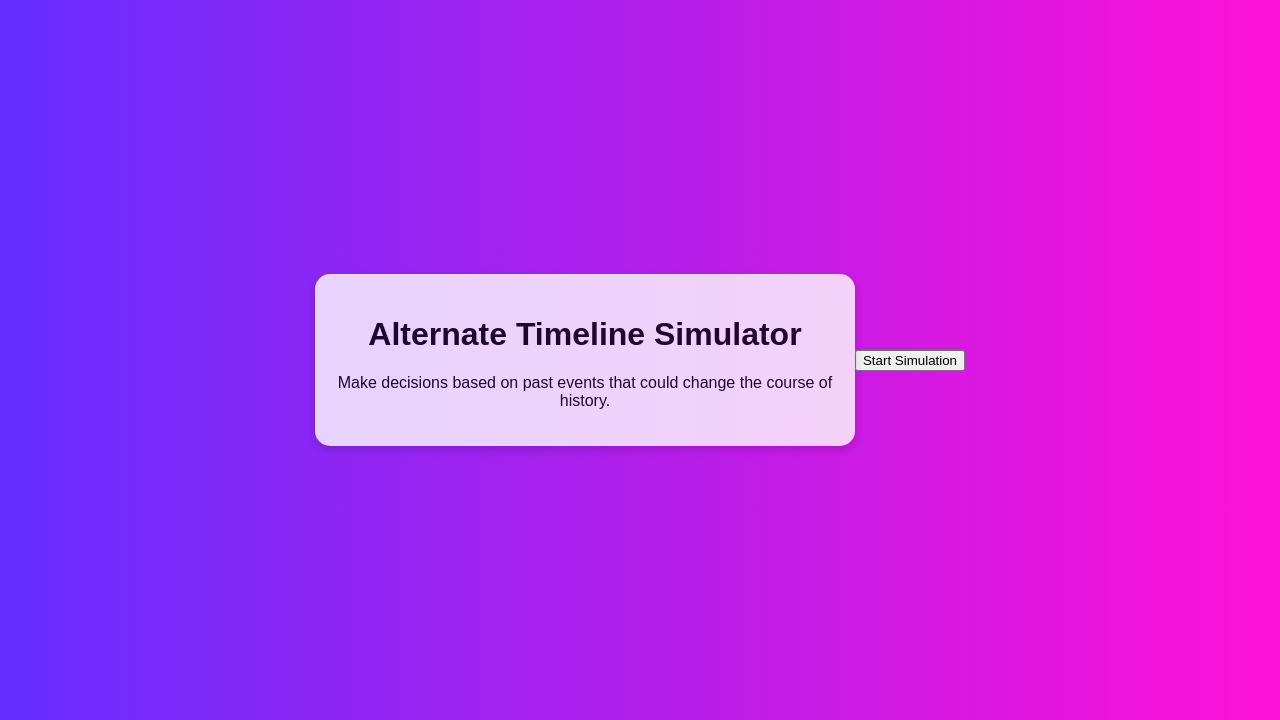
Repository: JovKun/DecisionCraft
Page: service/index.html
An editor plug-in stored every save of this project. The page is shown before and after a run of saves, followed by the edit.
The browser window is 1280 px wide. The pictures show the whole page.

Above is the page before, as saved 2026-01-31 12:50:50.
Not found: service/script.js

### service/index.html
<!DOCTYPE html>
<html lang="en">
<head>
    <meta charset="UTF-8">
    <meta name="viewport" content="width=device-width, initial-scale=1.0">
    <title>Alternate Timeline</title>
    <link rel="stylesheet" href="style.css">
</head>
<body>
    <div id="timeline-container" class="container">
        <h1>Alternate Timeline Simulator</h1>
        <p>Make decisions based on past events that could change the course of history.</p>
    </div>
    <div id="play-button" class="button-container">
        <button onclick="startSimulation()">Start Simulation</button>
    </div>

    <script src="script.js"></script>
</body>
</html>

### service/style.css
/* style.css */
html {
    background: linear-gradient(to right, rgb(101, 45, 255), rgb(255, 17, 215));
    height: 100%;
    margin: 0;
    font-family: Arial, sans-serif;
}

body {
    display: flex;
    justify-content: center;
    align-items: center;
    height: 100vh;
    margin: 0;
}

.container {
    background-color: white;
    border-radius: 15px;
    box-shadow: 0 4px 8px rgba(0, 0, 0, 0.2);
    padding: 20px;
    text-align: center;
    width: 500px;
    opacity: 0.8;
}

.b

After the next 2 saves:
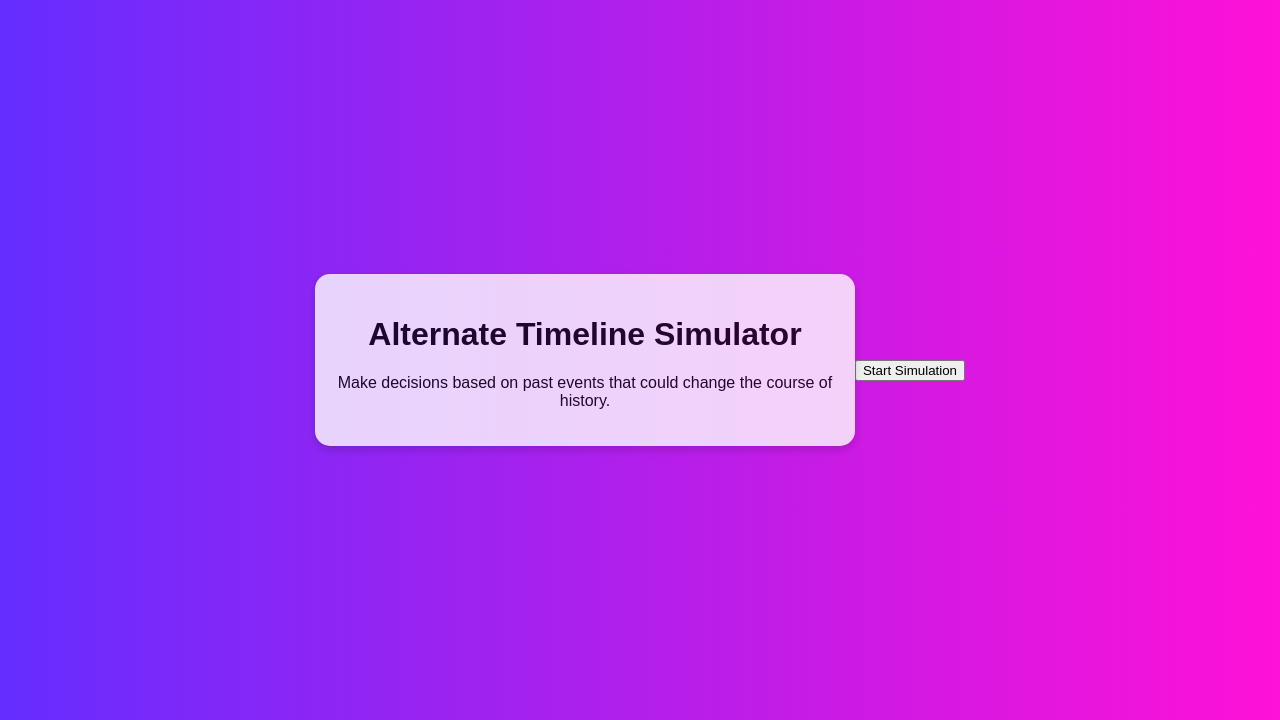
The 2 saves are shown as one change because they came seconds apart.
The last was saved 7 s later.
--- a/service/style.css
+++ b/service/style.css
@@ -24,4 +24,6 @@ body {
     opacity: 0.8;
 }
 
-.b
+.button-container {
+    margin-top: 20px;
+}
